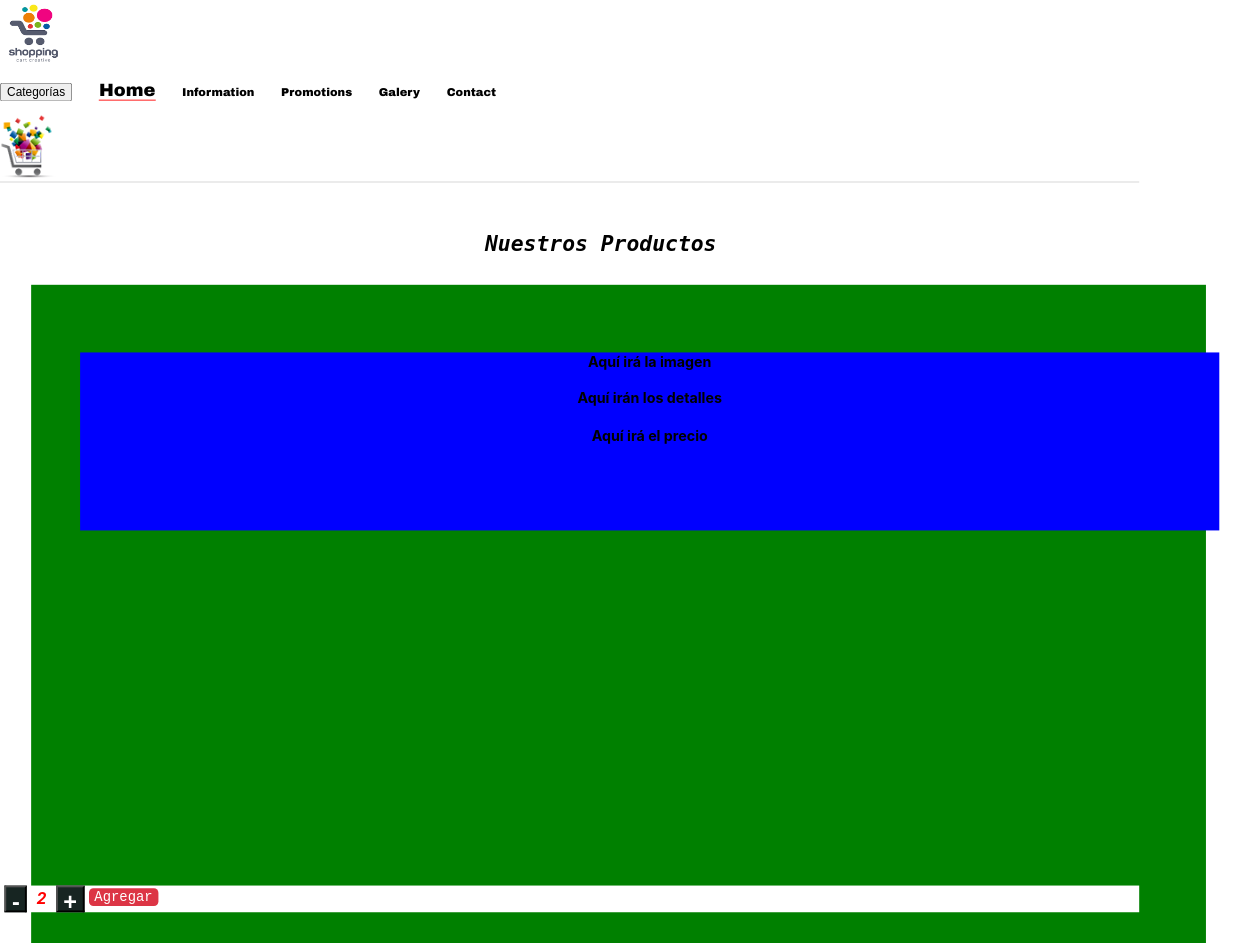
Repository: gustavomanuelquintana/CoderRepository
Page: / (app in cards-commers/)
The author's editor kept a copy of each file at every save. The page is drawn from the files as they stood at one save, then again after the next save.
The browser window is 1280 px wide. The page is 1405 px wide, so the pictures cover 1405 px, including what lies to the right of the window. The pictures show the whole page, at 89% of full size.
The project was rebuilt for these pictures with package versions that can differ from the ones it lists, and the page was loaded fresh each time.

Above is the page before, as saved 2020-10-31 14:46:51.

### cards-commers/src/App.js
import React from "react";
import NavBar from "./Components/NavBar/NavBar";
import ItemListContainer from "./Components/ItemListContainer/ItemListContainer";
import ItemCount from "./Components/ItemCount/ItemCount";

function App() {
  let stock= 14;
  const handleAdd = (counter) => {
    return ({stock}) => {
      if (stock <=0){
        alert('No hay stock')
      }else {
        alert(`Se van agregar ${counter} articulos`)
      }
    }
  }

  return (
    <div className="App">
        <NavBar />
        <ItemListContainer titulo='Nuestros Productos'/>
        <ItemCount onAdd={handleAdd}  stock={stock} initial={2} />
    </div>
  );
}

export default App;

### cards-commers/src/Components/NavBar/NavBar.js
import React from "react";
import ImageNavBar from "../../Images/cards-logo.png";
import CartWidget from "../CartWidget/CartWidget";
import Dropdown from "react-bootstrap/Dropdown";
import "./NavBar.css";

const styleFont = {
  fontSize: 20,
  borderBottom: "1px solid red",
};

function NavBar() {
  return (
    <div className=" col-12">
      <div className="header-navBar col-12">
        <div className="row col-12">
          <div className="Logo-navBar col-1">
            <a href="index.html">
            <img src={ImageNavBar} alt="logo" width="75" height="70" />
            </a>
          </div>
          <div className="Links-navBar col-10 mt-3">
            <ul className="List-navBar">
              <li>
                <Dropdown>
                  <Dropdown.Toggle  variant="danger" id="dropdown-basic">
                    Categorías
                  </Dropdown.Toggle>

                  <Dropdown.Menu>
                    <Dropdown.Item   href="#/action-1">
                      Deportes / Fitness
                    </Dropdown.Item>
                    <Dropdown.Item href="#/action-2">
                      Hogar / Electrodomésticos
                    </Dropdown.Item>
                    <Dropdown.Item href="#/action-3">Vehículos</Dropdown.Item>
                  </Dropdown.Menu>
                </Dropdown>
              </li>
              <li>
                <a style={styleFont} href="#">
                  Home
                </a>
              </li>
              <li>
                <a href="#">Information</a>
              </li>
              <li>
                <a href="#">Promotions </a>
              </li>
              <li>
                <a href="#">Galery</a>
              </li>
              <li>
                <a href="#">Contact</a>
              </li>
            </ul>
          </div>
          <div className="carrito-navBar col-1">
            <CartWidget />
          </div>
        </div>
      </div>
    </div>
  );
}

export default NavBar;

### cards-commers/src/Components/ItemListContainer/ItemListContainer.js
import React, {useState, useEffect} from 'react';
import './ItemListContainer.css';
import ItemList from './ItemList/ItemList';

const getList = () => {
    return new Promise( (res) => {
        let products;
        res(
            products = ["nike", "Airmax", "Running fast"]
        )
    });
}


function ItemListContainer({titulo}){
    const [itemList, setItemList] = useState([]);

    // Use effect
    useEffect( () => {
        getList().then( mercaderia => {
           setItemList(mercaderia);
        });
    },[]); // End useEffect

    return (
        <div className="container">
            <h2>{titulo}</h2>
        <ItemList items={itemList} />
        </div>
    );
}



export default ItemListContainer;

### cards-commers/src/Components/ItemCount/ItemCount.js
import React, {useState} from 'react';
import ButtonsCount from './ButtonsCount/ButtonsCount';
import ViewCount from './ViewCount/ViewCount';
import AgregarCount from './AgregarCount/AgregarCount';


    const styleContain={
        backgroundColor:"white",
        display:"flex",
    }
    const styleBox = {
        color:"red",
        fontWeight:"bold",
        fontSize:"1.1em",
        lineHeight:"18px",
        display:"flex",
        justifyContent:"center",
        width:"100px",
        height:"30px",
    }
    const boxAdd ={
        fontWeight: "bold",
        fontSize: "1em",
        color: "red",
    }
    export default function ItemCount({onAdd,stock,initial}) {
        let [counter, counterState] = useState(initial);

    const onClickButton = (amount) => {
        return () => {
            let total = (amount < 0) ? 0 : amount;
            let limiter = (total > stock) ? stock: total;
            counterState(limiter);

        }
    }

    let props = {counter, counterState}

    return (
        <div className="section-car" style={styleContain}>
        <div className="box-count" style={styleBox}>
            <ButtonsCount suma={false} onClick={onClickButton} {...props} />
             <ViewCount value={counter}/>
             <ButtonsCount suma={true} onClick={onClickButton}  {...props}/>
        </div>

        <div  className="box-add" style={boxAdd}> <AgregarCount onAdd= {onAdd} {...{counter}}/> </div>
        </div>
        );
}

### cards-commers/src/Components/CartWidget/CartWidget.js
import React from 'react';
import ImageCarrito from "../../Images/carrito-img.png";

function CartWidget(){
    return (
        <a href="#">
         <img src={ImageCarrito}/>
        </a>
    )
}

export default CartWidget;

### cards-commers/src/Components/NavBar/NavBar.css
img {
  max-width: 100%;
}
.header-navBar {
  background-color: white;
  display: flex;
  width: 100%;
  border-bottom: 1px solid lightgrey;
}

.Logo-navBar img {
  max-height: 8em;
  max-width: 8em;
}
.Links-navBar ul li {
  display: inline-block;
  margin-right: 35px;
  margin: 0 70px 0 -40px;
}
.Links-navBar ul li a {
  color: black;
  font-family: Arial Black;
  font-size: 0.8em;
  font-weight: bold;
  text-decoration: none;
}

### cards-commers/src/Components/ItemListContainer/ItemListContainer.css
.container{
    width:100%;
    max-height:100vh;
    margin: 0.25 auto;
    padding: 35px;
}
.container h2{
    text-align:center;
    font-family: "monospace";
    font-weight:bold;
    font-style: italic;
}

### cards-commers/src/Components/ItemListContainer/ItemList/ItemList.js
import React, {useState, useEffect} from 'react';
import './ItemList.css';
import Item from '../Item/Item';




function ItemList({items}){
return <div className="itemList">
        <Item listProducts={items}/>
     </div>
}


export default ItemList;

### cards-commers/src/Components/ItemCount/ButtonsCount/ButtonsCount.js
import React from "react";
const styleButton = {
    fontWeight: "bold",
    fontSize:"1.5em",
    background: "#172522",
    color: "white",
    margin:"0 auto",
    height:"100%",
}

export default function ButtonsCount({suma,onClick,counter,counterState}) {

    let signo = suma ? '+' : '-';

    let amount = suma ? (counter + 1) : (counter - 1);

  return ( <button onClick={onClick(amount)} style={styleButton}>{signo}</button> )
}

### cards-commers/src/Components/ItemCount/ViewCount/ViewCount.js
import React from 'react';

const countnumber = {
    margin:"0.35em auto",
    fontStyle:"italic",

}

export default function ViewCount({value}){

    return(
        <div style={countnumber} className="countNumber">{value}</div>
    )
}

### cards-commers/src/Components/ItemCount/AgregarCount/AgregarCount.js
import React from 'react';

const agregarcount = {
    borderRadius:"5px",
    border:"none",
    margin:"0.2em auto",
    background:"#dc3545",
    color:"white",
    fontFamily:"monospace",
    fontSize:"1.2em",
}
export default function AgregarCount({onAdd, counter}){

    const agregarCount = () =>{};

    return(
        <div>
            <button style={agregarcount} onClick={onAdd(counter)}>Agregar</button>
        </div>
    )
}

### cards-commers/src/Components/ItemListContainer/ItemList/ItemList.css
.itemList{
    width:100%;
    height:700px;
    background-color:green;
    padding:20px;
    margin:2em auto;
}

### cards-commers/src/Components/ItemListContainer/Item/Item.js
import React from 'react';
import Container from 'react-bootstrap/Container';
import Row from 'react-bootstrap/Row';
import Col from 'react-bootstrap/Col';
import './Item.css';


function Item({listProducts}){
    return <Container>
    <Row className="Item">
      <Col xs="6" sm="4">
          <div className="containerImage">
              <h4>Aquí irá la imagen</h4>
          </div>
      </Col>
      <Col xs="6" sm="4">
      <div className="containerDetail">
              <h4>Aquí irán los detalles</h4>
          </div>
      </Col>
      <Col sm="4">
      <div className="containerDetail">
              <h4>Aquí irá el precio</h4>
          </div>
      </Col>
    </Row>
  </Container>

}

export default Item;

### cards-commers/src/Components/ItemListContainer/Item/Item.css
.Item{
    background-color: blue;
    text-align:center;
    height:200px;
}
.containerImage{}

Loaded but not shown: cards-commers/public/index.html (common file); cards-commers/src/index.js (common file); cards-commers/src/index.css (common file); cards-commers/src/serviceWorker.js (common file)

After the next save:
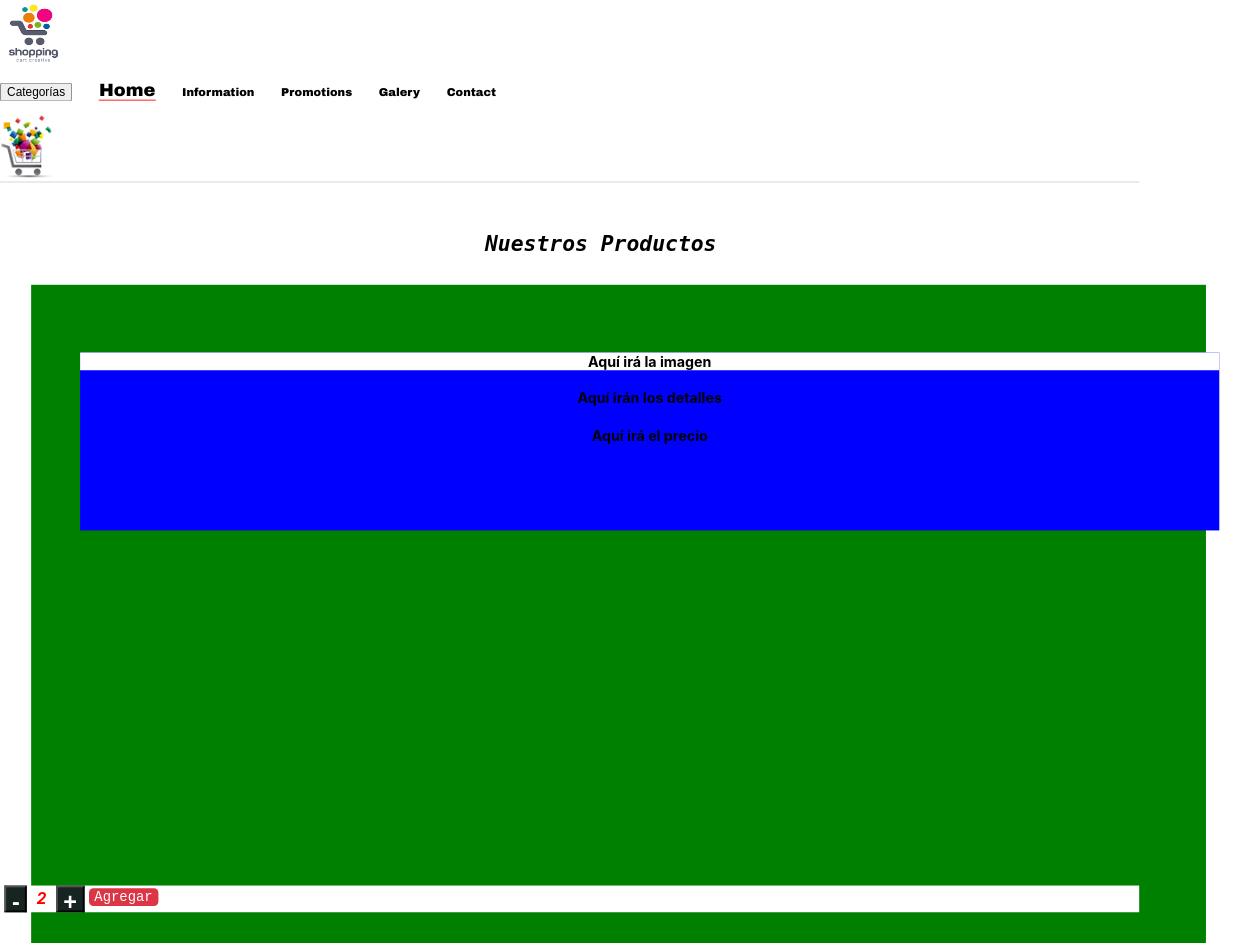
Saved 19 s later.
--- a/cards-commers/src/Components/ItemListContainer/Item/Item.css
+++ b/cards-commers/src/Components/ItemListContainer/Item/Item.css
@@ -3,4 +3,6 @@
     text-align:center;
     height:200px;
 }
-.containerImage{}
+.containerImage{
+    background: white;
+}
